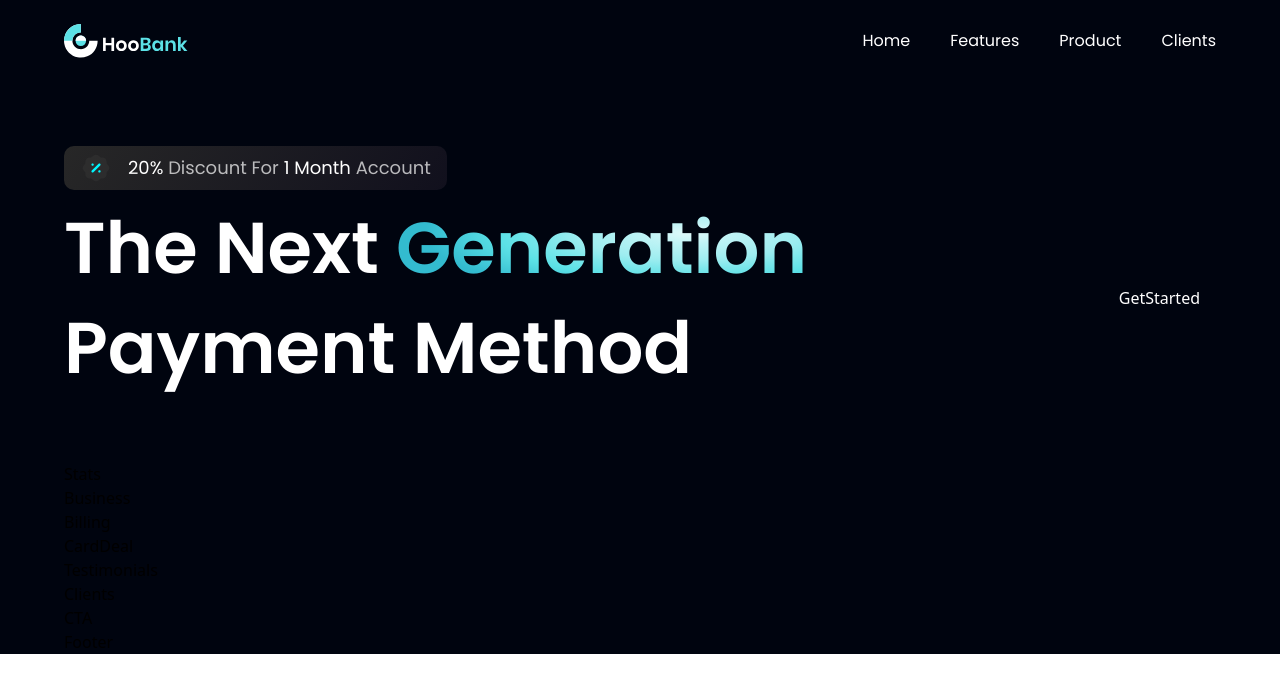
Repository: Carlito-Pedida/modern-app
Page: /
The author's editor kept a copy of each file at every save. The page is drawn from the files as they stood at one save, then again after the next save.
The browser window is 1280 px wide. The pictures show the whole page.
The project was rebuilt for these pictures with package versions that can differ from the ones it lists, and the page was loaded fresh each time. Also part of the build but not shown: vite.config.js.

Above is the page before, as saved 2024-11-16 07:33:25.

### src/App.jsx
import styles from "./style";
import {
  Navbar,
  Billing,
  CardDeal,
  Business,
  Clients,
  CTA,
  Stats,
  Footer,
  Testimonials,
  Hero,
} from "./components";

const App = () =>  {
  return (
    <div className="bg-primary w-full overflow-hidden">
      <div className={`${styles.paddingX} ${styles.flexCenter}`}>
        <div className={`${styles.boxWidth}`}>
          <Navbar/>
        </div>
      </div>

      <div className={`bg-primary ${styles.flexStart}`}>
        <div className={`${styles.boxWidth}`}>
          <Hero/>
        </div>
      </div>

      <div className={`bg-primary ${styles.paddingX} ${styles.flexStart}`}>
        <div className={`${styles.boxWidth}`}>
          <Stats/>
          <Business/>
          <Billing/>
          <CardDeal/>
          <Testimonials/>
          <Clients/>
          <CTA/>
          <Footer/>
        </div>
      </div>

    </div>
  )
}

export default App

### src/style.js
const styles = {
  boxWidth: "xl:max-w-[1280px] w-full",

  heading2: "font-poppins font-semibold xs:text-[48px] text-[40px] text-white xs:leading-[76.8px] leading-[66.8px] w-full",
  paragraph: "font-poppins font-normal text-dimWhite text-[18px] leading-[30.8px]",

  flexCenter: "flex justify-center items-center",
  flexStart: "flex justify-center items-start",

  paddingX: "sm:px-16 px-6",
  paddingY: "sm:py-16 py-6",
  padding: "sm:px-16 px-6 sm:py-12 py-4",

  marginX: "sm:mx-16 mx-6",
  marginY: "sm:my-16 my-6",
};

export const layout = {
  section: `flex md:flex-row flex-col ${styles.paddingY}`,
  sectionReverse: `flex md:flex-row flex-col-reverse ${styles.paddingY}`,

  sectionImgReverse: `flex-1 flex ${styles.flexCenter} md:mr-10 mr-0 md:mt-0 mt-10 relative`,
  sectionImg: `flex-1 flex ${styles.flexCenter} md:ml-10 ml-0 md:mt-0 mt-10 relative`,

  sectionInfo: `flex-1 ${styles.flexStart} flex-col`,
};

export default styles;

### src/components/index.js
import Navbar from "./Navbar";
import Billing from "./Billing";
import CardDeal from "./CardDeal";
import Business from "./Business";
import Clients from "./Clients";
import CTA from "./CTA";
import Stats from "./Stats";
import Footer from "./Footer";
import Testimonials from "./Testimonials";
import Hero from "./Hero";
import GetStarted from "./GetStarted";
export {
  Navbar,
  Billing,
  CardDeal,
  Business,
  Clients,
  CTA,
  Stats,
  Footer,
  Testimonials,
  Hero,
  GetStarted
};

### src/components/Navbar.jsx
import React from 'react';
import {useState} from "react";
import { close, logo, menu } from "../assets";
import {navLinks} from "../constants"

const Navbar = () => {
const [toggle, setToggle] = useState(false)

  return (
    <nav className="w-full flex py-6 justify-between items-center navbar">
      <img src={logo} alt='hoobank' className='w-[124px] h-[32px ]' />

      <ul className='list-none sm:flex hidden justify-end items-center flex-1'>
        { navLinks.map((nav, index) => (
          <li key={nav.id} className={`font-poppins font-normal cursor-pointer text-[16px] ${index === navLinks.length - 1 ? 'mr-0' : "mr-10"} text-white`}>
              <a href={`#${nav.id}`}>
                {nav.title}
              </a>
          </li>
        ))
        }
      </ul>

      <div className='sm:hidden flex flex-1 justify-end items-center'>
        <img src={toggle ? close : menu} alt='menu' className='w-[28px] h-[28px] object-contain' onClick={() => setToggle((prev) => !prev)} />

        <div className={`${toggle ? 'flex' : 'hidden'} p-6 bg-black-gradient absolute top-20 right-0 mx-4 my-2 min-w-[140px] rounded-xl sidebar`}>
        <ul className='list-none sm:flex flex-col justify-end items-center flex-1'>
        { navLinks.map((nav, index) => (
          <li key={nav.id} className={`font-poppins font-normal cursor-pointer text-[16px] ${index === navLinks.length - 1 ? 'mr-0' : "mb-4"} text-white`}>
              <a href={`#${nav.id}`}>
                {nav.title}
              </a>
          </li>
        ))
        }
      </ul>
        </div>
      </div>
    </nav>
  )
}

export default Navbar

### src/components/Hero.jsx
import styles from '../style'
import {discount, robot} from '../assets'
import GetStarted from './GetStarted'

const Hero = () => (
    <section id='home' className={`flex md:flex flex-col ${styles.paddingY}`}>
        <div className={`flex-1 ${styles.flexStart} flex-col xl:px-0 sm:px-16 px-6`}>
      <div className='flex flex-row items-center py-[6px] px-4 bg-discount-gradient rounded-[10px] mb-2'>
        <img src={discount} alt='discount'
        className='w-[32px] h-[32px]' />
          <p className={`${styles.paragraph} ml-4`}>
          <span className='text-white'>20%</span> Discount For {" "}
          <span className='text-white'>1 Month</span> Account
        </p>
      </div>

      <div className='flex flex-row justify-between items-center w-full'>
        <h1 className='flex-1 font-poppins font-semibold ss:text-[72px] text-[52px] text-white ss:leading-[100px]'>
          The Next <br className='"sm:block hidden'/>
          <span className='text-gradient'>Generation</span> Payment Method
        </h1>

        <div className='ss:flex hidden md:mr-4 mr-0'>
          <GetStarted />
        </div>
      </div>
        </div>
    </section>
  )


export default Hero

### src/components/GetStarted.jsx
import styles from "../style"
import { arrowUp } from "../assets"

const GetStarted = () => (
    <div className="text-white">GetStarted</div>
  )


export default GetStarted

### src/assets/index.js
import airbnb from "./airbnb.png";
import bill from "./bill.png";
import binance from "./binance.png";
import card from "./card.png";
import coinbase from "./coinbase.png";
import dropbox from "./dropbox.png";
import logo from "./logo.svg";
import quotes from "./quotes.svg";
import robot from "./robot.png";
import send from "./Send.svg";
import shield from "./Shield.svg";
import star from "./Star.svg";
import menu from "./menu.svg";
import close from "./close.svg";
import google from "./google.svg";
import apple from "./apple.svg";
import arrowUp from "./arrow-up.svg";
import discount from "./Discount.svg";
import facebook from "./facebook.svg";
import instagram from "./instagram.svg";
import linkedin from "./linkedin.svg";
import twitter from "./twitter.svg";
import people01 from "./people01.png";
import people02 from "./people02.png";
import people03 from "./people03.png";

export {
  airbnb,
  bill,
  binance,
  card,
  coinbase,
  dropbox,
  logo,
  quotes,
  robot,
  send,
  shield,
  star,
  menu,
  close,
  google,
  apple,
  arrowUp,
  discount,
  facebook,
  instagram,
  linkedin,
  twitter,
  people01,
  people02,
  people03,
};

### src/constants/index.js
import { people01, people02, people03, facebook, instagram, linkedin, twitter, airbnb, binance, coinbase, dropbox, send, shield, star  } from "../assets";

export const navLinks = [
  {
    id: "home",
    title: "Home",
  },
  {
    id: "features",
    title: "Features",
  },
  {
    id: "product",
    title: "Product",
  },
  {
    id: "clients",
    title: "Clients",
  },
];

export const features = [
  {
    id: "feature-1",
    icon: star,
    title: "Rewards",
    content:
      "The best credit cards offer some tantalizing combinations of promotions and prizes",
  },
  {
    id: "feature-2",
    icon: shield,
    title: "100% Secured",
    content:
      "We take proactive steps make sure your information and transactions are secure.",
  },
  {
    id: "feature-3",
    icon: send,
    title: "Balance Transfer",
    content:
      "A balance transfer credit card can save you a lot of money in interest charges.",
  },
];

export const feedback = [
  {
    id: "feedback-1",
    content:
      "Money is only a tool. It will take you wherever you wish, but it will not replace you as the driver.",
    name: "Herman Jensen",
    title: "Founder & Leader",
    img: people01,
  },
  {
    id: "feedback-2",
    content:
      "Money makes your life easier. If you're lucky to have it, you're lucky.",
    name: "Steve Mark",
    title: "Founder & Leader",
    img: people02,
  },
  {
    id: "feedback-3",
    content:
      "It is usually people in the money business, finance, and international trade that are really rich.",
    name: "Kenn Gallagher",
    title: "Founder & Leader",
    img: people03,
  },
];

export const stats = [
  {
    id: "stats-1",
    title: "User Active",
    value: "3800+",
  },
  {
    id: "stats-2",
    title: "Trusted by Company",
    value: "230+",
  },
  {
    id: "stats-3",
    title: "Transaction",
    value: "$230M+",
  },
];

export const footerLinks = [
  {
    title: "Useful Links",
    links: [
      {
        name: "Content",
        link: "https://www.hoobank.com/content/",
      },
      {
        name: "How it Works",
        link: "https://www.hoobank.com/how-it-works/",
      },
      {
        name: "Create",
        link: "https://www.hoobank.com/create/",
      },
      {
        name: "Explore",
        link: "https://www.hoobank.com/explore/",
      },
      {
        name: "Terms & Services",
        link: "https://www.hoobank.com/terms-and-services/",
      },
    ],
  },
  {
    title: "Community",
    links: [
      {
        name: "Help Center",
        link: "https://www.hoobank.com/help-center/",
      },
      {
        name: "Partners",
        link: "https://www.hoobank.com/partners/",
      },
      {
        name: "Suggestions",
        link: "https://www.hoobank.com/suggestions/",
      },
      {
        name: "Blog",
        link: "https://www.hoobank.com/blog/",
      },
      {
        name: "Newsletters",
        link: "https://www.hoobank.com/newsletters/",
      },
    ],
  },
  {
    title: "Partner",
    links: [
      {
        name: "Our Partner",
        link: "https://www.hoobank.com/our-partner/",
      },
      {
        name: "Become a Partner",
        link: "https://www.hoobank.com/become-a-partner/",
      },
    ],
  },
];

export const socialMedia = [
  {
    id: "social-media-1",
    icon: instagram,
    link: "https://www.instagram.com/",
  },
  {
    id: "social-media-2",
    icon: facebook,
    link: "https://www.facebook.com/",
  },
  {
    id: "social-media-3",
    icon: twitter,
    link: "https://www.twitter.com/",
  },
  {
    id: "social-media-4",
    icon: linkedin,
    link: "https://www.linkedin.com/",
  },
];

export const clients = [
  {
    id: "client-1",
    logo: airbnb,
  },
  {
    id: "client-2",
    logo: binance,
  },
  {
    id: "client-3",
    logo: coinbase,
  },
  {
    id: "client-4",
    logo: dropbox,
  },
];

### tailwind.config.js
/** @type {import('tailwindcss').Config} */
module.exports = {
  content: ["./index.html", "./src/**/*.{js,jsx}"],
  mode: "jit",
  theme: {
    extend: {
      colors: {
        primary: "#00040f",
        secondary: "#00f6ff",
        dimWhite: "rgba(255, 255, 255, 0.7)",
        dimBlue: "rgba(9, 151, 124, 0.1)"
      },
      fontFamily: {
        poppins: ["Poppins", "sans-serif"]
      }
    },
    screens: {
      xs: "480px",
      ss: "620px",
      sm: "768px",
      md: "1060px",
      lg: "1200px",
      xl: "1700px"
    }
  },
  plugins: []
};

Loaded but not shown: index.html (common file); src/main.jsx (common file); src/index.css (common file); src/components/Billing.jsx (common file); src/components/CardDeal.jsx (common file); src/components/Business.jsx (common file); src/components/Clients.jsx (common file); src/components/CTA.jsx (common file); src/components/Stats.jsx (common file); src/components/Footer.jsx (common file); src/components/Testimonials.jsx (common file)

After the next save:
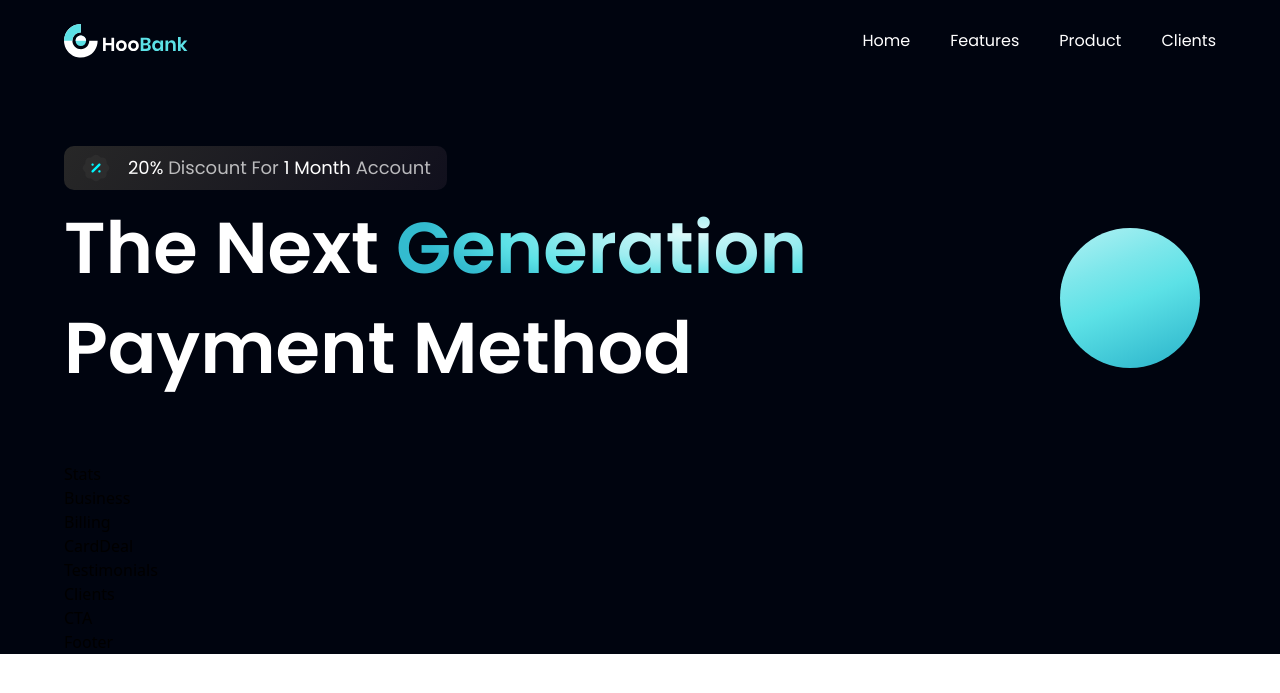
Saved 3 min 8 s later.
--- a/src/components/GetStarted.jsx
+++ b/src/components/GetStarted.jsx
@@ -2,7 +2,9 @@
 import { arrowUp } from "../assets"
 
 const GetStarted = () => (
-    <div className="text-white">GetStarted</div>
+    <div className={`${styles.flexCenter} w-[140px] h-[140px] rounded-full bg-blue-gradient p-[2px] cursor-pointer`}>
+
+    </div>
   )
 
 
